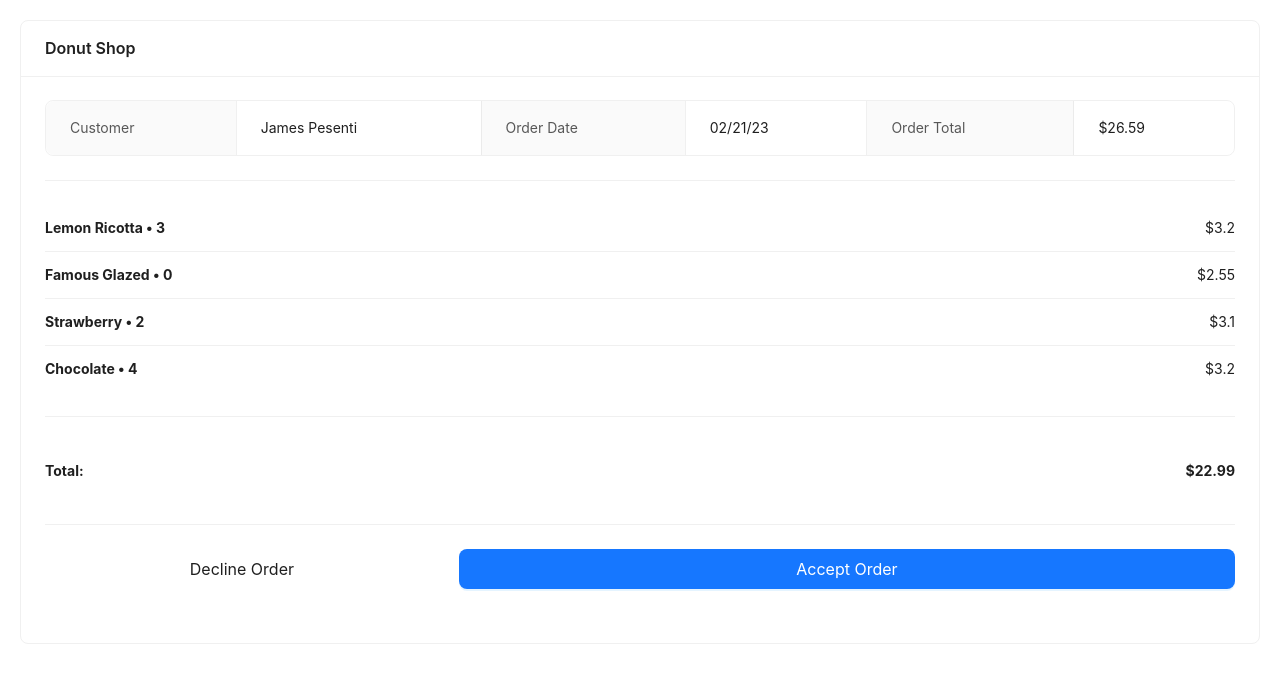
Repository: JamesPesenti/DonutShopDashboard
Page: /menu
The author's editor kept a copy of each file at every save. The page is drawn from the files as they stood at one save, then again after the next save.
The browser window is 1280 px wide. The pictures show the whole page.
The project was rebuilt for these pictures with package versions that can differ from the ones it lists, and the page was loaded fresh each time.

Above is the page before, as saved 2023-03-22 14:35:25.

After the next save:
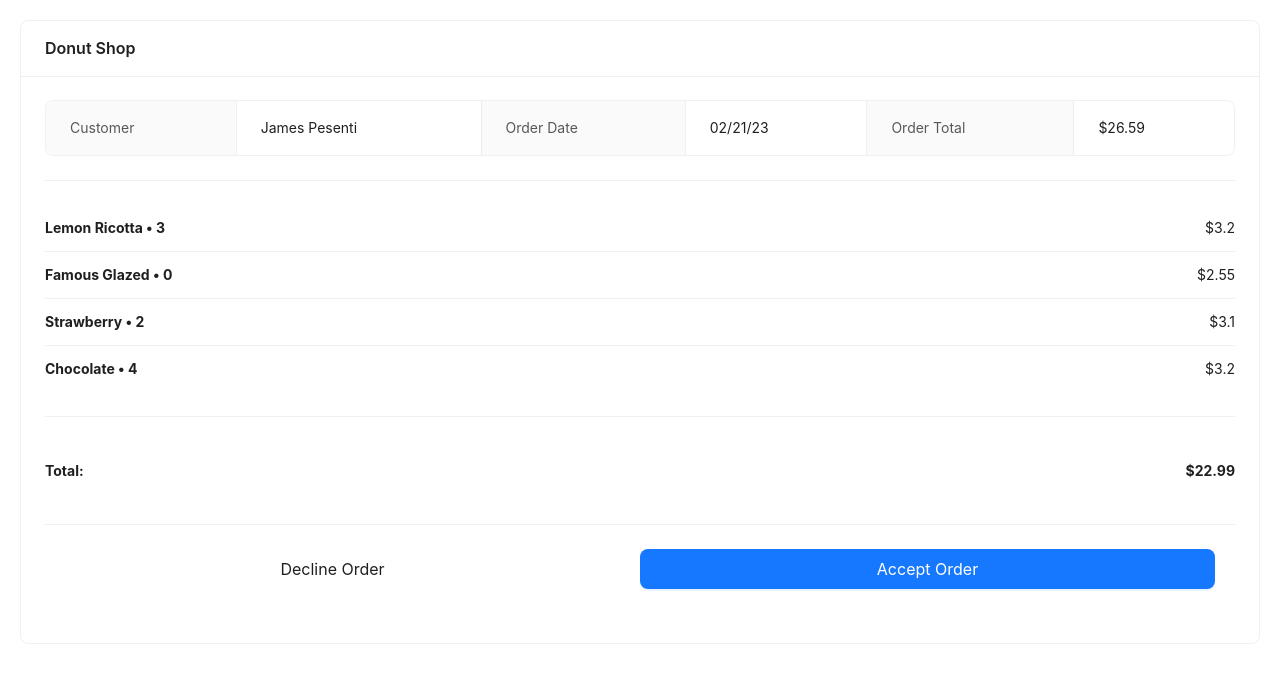
Saved 10 s later.
--- a/src/App.js
+++ b/src/App.js
@@ -36,7 +36,7 @@ function App() {
           <Button style={styles.button} block type="danger" size="large">
             Decline Order
           </Button>
-          <Button block type="primary" size="large">
+          <Button style={styles.button} block type="primary" size="large">
             Accept Order
           </Button>
         </div>
